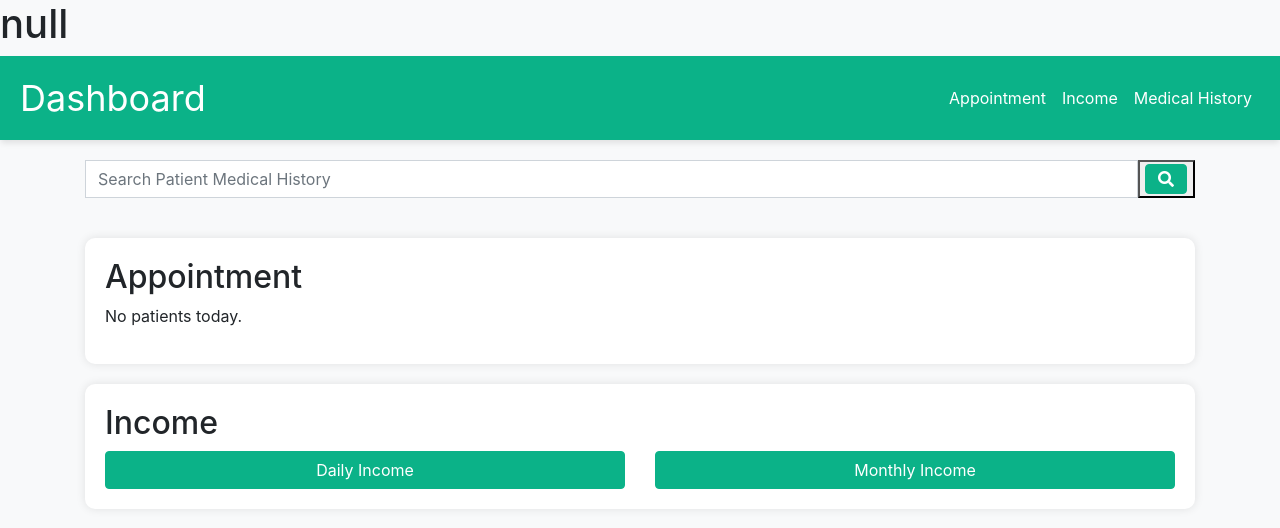
Repository: theonlymono/FitfinityHealthcareWebsiteJ2EE
Page: http://localhost/Fitfinity/doctorDashboard.jsp
An editor plug-in stored every save of this project. The page is shown before and after the next save, followed by the edit.
The browser window is 1280 px wide. The pictures show the whole page.
Some web libraries are served in a nearby version. The page is served by Tomcat 9. Other server files are loaded and not shown. Queries for data that is not in the repository find no rows.

Above is the page before, as saved 2024-02-28 19:17:19.

### fitfinity/Fitfinity/WebContent/doctorDashboard.jsp
<%@page import="EditHistory.HistoryDAO"%>
<%@page import="ViewPatientList.PListServlet"%>
<%@page import="ViewPatientList.PatientListDAO"%>
<%@ page language="java" contentType="text/html; charset=UTF-8" pageEncoding="UTF-8"%>
<%@ page import="ViewPatientList.PatientInfo" %>
<%@ page import="java.util.List" %>
<%@ page import="ViewHistory.*" %>
<!DOCTYPE html>
<html lang="en">
<head>
  <meta charset="UTF-8">
  <meta name="viewport" content="width=device-width, initial-scale=1.0">
  <title>Doctor's Dashboard</title>
  <link href="https://stackpath.bootstrapcdn.com/bootstrap/4.5.2/css/bootstrap.min.css" rel="stylesheet">
  <link rel="stylesheet" href="https://cdnjs.cloudflare.com/ajax/libs/font-awesome/5.15.4/css/all.min.css">
  <style>
    <%-- Custom CSS --%>
    body {
      background-color: #f8f9fa;
    }
    a{
    text-decoration: none;
    }
    .navbar {
      background-color: #0bb288;
      box-shadow: 0 4px 6px -1px rgba(0,0,0,0.1);
      padding: 10px 20px;
    }
    .navbar-brand {
      color: white !important;
      font-size: 2.25rem;
      margin-right: auto;
      padding-right: 33%;
    }
    .nav-link{
      color: white !important;
    }

    .navbar-toggler {
      position: absolute;
      top: 21px; /* Adjust top position as needed */
      right: 20px; /* Adjust right position as needed */
      z-index: 1000; /* Ensure it's above other elements */
    }

    .container {
      margin-top: 20px;
    }
    .dashboard-section {
      padding: 20px;
      margin-bottom: 20px;
      background-color: #fff;
      border-radius: 10px;
      box-shadow: 0 0 10px rgba(0,0,0,0.1);
    }
    .btn-primary {
      background-color: #0bb288 !important;
      border-color: #0bb288 !important;
      width: 100%;
    }
    .btn-primary:hover {
      background-color: #0f886a !important;
      border-color: #0f886a !important;
      text-decoration: none;
    }
    .btn-primary:active, .btn-primary:focus {
      background-color: #0f886a !important;
      border-color: #0f886a !important;
      box-shadow: none !important;
    }

    .btn-success {
      background-color: #0bb288;
      border-color: #0bb288;
      width: 100%;
    }
    .patient-container {
      max-height: 570px;
      overflow-y: auto;
    }
    .search-icon:hover {
      background-color: #0bb288 !important;
      border-color: #0bb288 !important;
      cursor: pointer;
    }
    .search-icon {
      transition: transform 0.3s ease;
    }
    .search-icon:hover {
      transform: scale(1.2);
    }
    .search-icon:active {
      transform: scale(0.9);
    }
    .form-control:focus {
      outline: none;
      box-shadow: 0 0 5px 0 #0bb288;
      border-color: #0bb288;
    }
    .back-to-top {
      position: fixed;
      bottom: 40px;
      right: 40px;
      display: none;
      width: 40px;
      height: 40px;
      background-color: #0bb288;
      color: #fff;
      border-radius: 50%;
      text-align: center;
      line-height: 40px;
      cursor: pointer;
      z-index: 9999;
    }

    @media (max-width: 767.98px) {
    /* Adjust position for smaller screens */
    .back-to-top {
    bottom: 120px; /* Adjust as needed */
    }
    }

    .back-to-top i {
      font-size: 20px;
    }

    .back-to-top:hover {
      background-color: #0f886a;
      color: #fff;
    }

    .patient-container .row {
	    margin-right: -15px;
	    margin-left: -15px;
	}

	.patient-container .col-md-4 {
	    padding-right: 15px;
	    padding-left: 15px;
	}

	table {
        width: 100%;
        margin-top: 20px;
        border-collapse: collapse;
        overflow: hidden;
        box-shadow: 0 0 10px rgba(0, 0, 0, 0.1);
    }

    th, td {
        padding: 12px;
        text-align: center;
        border-bottom: 1px solid #ddd; /* Add a subtle border between rows */
    }

    th {
        background-color: #0bb288;
        color: white;
    }

    tr:nth-child(even) {
        background-color: #f8f9fa; /* Use a light background color for even rows */
    }

    tr:hover {
        background-color: #e0f7fa; /* Highlight the row on hover */
    }

    .error-message {
            background-color: #ffcccc;
            color: #ff0000;
            padding: 10px;
            margin-top: 10px;
            border: 1px solid #ff0000;
            border-radius: 5px;
        }


  </style>
</head>
<body>
<% String userid = (String) request.getAttribute("userId"); %>
<h1><%=userid %></h1>
  <nav class="navbar navbar-expand-lg navbar-light">
    <a class="navbar-brand" href="#">Dashboard</a>
    <button class="navbar-toggler" type="button" data-toggle="collapse" data-target="#navbarNav" aria-controls="navbarNav" aria-expanded="false" aria-label="Toggle navigation">
      <span class="navbar-toggler-icon"></span>
    </button>
    <div class="collapse navbar-collapse" id="navbarNav">
      <ul class="navbar-nav ml-auto">
        <li class="nav-item">
          <a class="nav-link" href="#appointment">Appointment</a>
        </li>
        <li class="nav-item">
          <a class="nav-link" href="#income">Income</a>
        </li>
        <li class="nav-item">
          <a class="nav-link" href="#medical-history">Medical History</a>
        </li>
      </ul>
    </div>
  </nav>

  <div class="container">
  <form action="${pageContext.request.contextPath}/ViewHistoryServlet" method="post">
  	<div class="row">
      <%-- 3rd Row: View and Edit Patients' Medical History --%>
      <div class="col-md-12" id="medical-history">

          <div class="row">
            <div class="col-md-12">
              <div class="input-group mb-3">
              	<input type="hidden" name="userid" value="<%= userid %>">
                <input type="text" class="form-control" name="id" placeholder="Search Patient Medical History">
                <button type="submit">
	                <div class="input-group-append">

	                  <span class="input-group-text" style="background-color: #0bb288; border-color: #0bb288;">
	                    <i class="fas fa-search search-icon" style="color: white;"></i>
	                  </span>
	                </div>
                </button>
              </div>
            </div>
          </div>
      </div>
    </div>
    </form>

    <% ViewDAO daoo = new ViewDAO();
        String pid = (String) request.getAttribute("pid");
    	List<History> historyList = daoo.viewHistory(pid);

    	if (pid!=null && !pid.isEmpty()) {
          	if (historyList != null && !historyList.isEmpty()) { %>
            <table>
            <tr>
                <th>Patient Name</th>
                <th>Doctor Name</th>
                <th>Date</th>
                <th>Allergies</th>
                <th>Surgical Procedures</th>
                <th>Past History</th>
                <th>Family History</th>
                <th>Medicine</th>
            </tr>

            <% for (History h : historyList) { %>
                <tr>
                    <td><%= h.getPatientName() %></td>
                    <td><%= h.getDoctorName() %></td>
                    <td><%= h.getDate() %></td>
                    <td><%= h.getAllergies() %></td>
                    <td><%= h.getSurgical() %></td>
                    <% String past = h.getPast();
                    	if(past.equals("None")){ %>
                    		<td><%= h.getCurrent() %></td>
                    	<% } else { %>
                    		<td><%= h.getPast() %>, <%=h.getCurrent() %></td>
                    	<% } %>
                    <td><%= h.getFamily() %></td>
                    <td><%= h.getMedicine() %></td>
                </tr>
            <% } %>
        </table>
        <% } else { %>
            <div class="error-message">
                No medical history available for this patient.
            </div>
        <% } %>
    <% } %>

    <br>


    <div class="row">
      <div class="col-md-12" id="appointment">
            <div class="dashboard-section">
            <h2>Appointment</h2>
            <!-- Add your content here for viewing appointments -->
            <div class="patient-container">
			<%
			   PatientListDAO dao = new PatientListDAO();
			   List<PatientInfo> list = dao.getPatientList(userid);

			   if (list != null && !list.isEmpty()) {
			       int count = 0; // Counter to keep track of patients
			       for (PatientInfo l : list) {
			           if (count % 3 == 0) {
			%>
			               <div class="row">
			<%
			           }
			%>
			               <div class="col-md-4">
			                   <div class="card">
			                       <div class="card-body">
			                           <h5 class="card-title">Patient Profile</h5>
			                           <p class="card-text">ID: <%= l.getPatientID() %></p>
			                           <p class="card-text">Name: <%= l.getPatientName() %></p>
			                           <p class="card-text">Age: <%= l.getAge() %></p>
			                           <p class="card-text">Gender: <%= l.getGender() %></p>


			                           <% String patientID = l.getPatientID();
			                           	  HistoryDAO hdao = new HistoryDAO();

			                           	  boolean isCompleted = hdao.checkCompleted(patientID);

			                           %>

										<a href="<%= isCompleted ? "#" : "./EditHistory_(Doctor)/AddHistory.jsp?userid=" + userid %>&patientID=<%= patientID %>">
										   <button type="button" class="btn btn-primary" <%= isCompleted ? "disabled" : "" %>>
										      <%= isCompleted ? "Completed" : "Edit Medical History" %>
										   </button>
										</a>



			                       </div>
			                   </div>
			               </div>
			<%
			           count++;
			           if (count % 3 == 0 || count == list.size()) {
			%>
			               </div>
			<%
			           }
			       }
			   } else {
			%>
			       <p>No patients today.</p>
			<%
			   }
			%>
			</div>

      </div>
    </div>
  	</div>

    <div class="row">
      <%-- 2nd Row: View Salary --%>
      <div class="col-md-12" id="income">
        <div class="dashboard-section">
          <h2>Income</h2>
          <div class="row">
            <div class="col-md-6">
             <a href="./dailySalary.jsp?userid=<%= userid %>">
              <button type="button" class="btn btn-primary btn-block btn-income">Daily Income</button>
             </a>
            </div>
            <div class="col-md-6">
            <a href="./monthlySalary.jsp?userid=<%= userid %>&hash">
              <button type="button" class="btn btn-primary btn-block btn-income">Monthly Income</button>
              </a>
            </div>
          </div>
        </div>
      </div>
    </div>

  </div>
  <a href="#" class="back-to-top" id="backToTop"><i class="fas fa-arrow-up"></i></a>
  <script src="https://code.jquery.com/jquery-3.5.1.slim.min.js"></script>
  <script src="https://cdn.jsdelivr.net/npm/@popperjs/core@2.5.4/dist/umd/popper.min.js"></script>
  <script src="https://stackpath.bootstrapcdn.com/bootstrap/4.5.2/js/bootstrap.min.js"></script>
  <script>
    // Smooth scrolling
    document.querySelectorAll('a[href^="#"]').forEach(anchor => {
      anchor.addEventListener('click', function (e) {
        e.preventDefault();
        document.querySelector(this.getAttribute('href')).scrollIntoView({
          behavior: 'smooth'
        });
      });
    });

    // Show back to top button when scrolling down
    window.addEventListener('scroll', function() {
      var backToTopButton = document.getElementById('backToTop');
      if (window.pageYOffset > 100) {
        backToTopButton.style.display = 'block';
      } else {
        backToTopButton.style.display = 'none';
      }
    });

    // Scroll to top when back to top button is clicked
    document.getElementById('backToTop').addEventListener('click', function(e) {
      e.preventDefault();
      window.scrollTo({
        top: 0,
        behavior: 'smooth'
      });
    });
  </script>
</body>
</html>

### fitfinity/Fitfinity/src/main/java/ViewHistory/ViewDAO.java
package ViewHistory;

import java.sql.Connection;
import java.sql.DriverManager;
import java.sql.PreparedStatement;
import java.sql.ResultSet;
import java.util.ArrayList;
import java.util.List;

public class ViewDAO {


	public List<History> viewHistory(String pID){

		List<History> list = new ArrayList<History>();

		try {
			Class.forName("com.mysql.cj.jdbc.Driver");

			Connection c = DriverManager.getConnection("jdbc:mysql://localhost:3306/fitfinity","root", "");
			String query = "SELECT p.patientName, d.doctorName, h.dateOfVisit, h.allergies, h.surgicalProcedures, h.pastMedHistory, h.currentMedHistory, h.familyHistory, h.medication FROM history h LEFT JOIN patients p ON p.patientID = h.patientID LEFT JOIN doctors d ON d.doctorID = h.doctorID WHERE h.patientID = ?";
			PreparedStatement p = c.prepareStatement(query);
			p.setString(1, pID);

			ResultSet r = p.executeQuery();

			while(r.next()) {
				list.add(new History(r.getString("patientName"), r.getString("doctorName"), r.getString("dateOfVisit"), r.getString("allergies"), r.getString("surgicalProcedures"), r.getString("pastMedHistory"), r.getString("currentMedHistory"), r.getString("familyHistory"), r.getString("medication")));
			}
		}
		catch(Exception e) {
            e.printStackTrace();
        }

		return list;
	}

	public List<History> viewMyHistory(String pid){
		List<History> myList = new ArrayList<History>();

		try {
			Class.forName("com.mysql.cj.jdbc.Driver");

			Connection c = DriverManager.getConnection("jdbc:mysql://localhost:3306/fitfinity","root", "");
			String query = "SELECT h.dateOfVisit, d.doctorName, h.allergies, h.surgicalProcedures, h.pastMedHistory, h.currentMedHistory, h.familyHistory, h.medication FROM history h LEFT JOIN patients p ON p.patientID = h.patientID LEFT JOIN doctors d ON d.doctorID = h.doctorID WHERE h.patientID = ?";
			PreparedStatement p = c.prepareStatement(query);
			p.setString(1, pid);

			ResultSet r = p.executeQuery();

			while(r.next()) {
				myList.add(new History(r.getString("dateOfVisit"), r.getString("doctorName"), r.getString("allergies"), r.getString("surgicalProcedures"), r.getString("pastMedHistory"), r.getString("currentMedHistory"), r.getString("familyHistory"), r.getString("medication")));
			}
		} catch (Exception e) {
			e.getStackTrace();
		}

		return myList;
	}
}

### fitfinity/Fitfinity/src/main/java/ViewPatientList/PatientListDAO.java
package ViewPatientList;

import java.sql.Connection;
import java.sql.DriverManager;
import java.sql.PreparedStatement;
import java.sql.ResultSet;
import java.sql.Statement;
import java.util.ArrayList;
import java.util.List;

public class PatientListDAO {

	public List<PatientInfo> getPatientList(String userid)
	{
		List<PatientInfo> list = new ArrayList<PatientInfo>();

		try {
			Class.forName("com.mysql.cj.jdbc.Driver");

			Connection c = DriverManager.getConnection("jdbc:mysql://localhost:3306/fitfinity","root", "");

			String query = "SELECT a.patientID, p.patientName, p.gender, FLOOR(DATEDIFF(CURDATE(), p.patientDOB) / 365) AS age FROM appointments a LEFT JOIN patients p ON a.patientid = p.patientid WHERE a.doctorID = ? AND a.appointmentData = CURDATE()";
			PreparedStatement p = c.prepareStatement(query);

			p.setString(1, userid);
			ResultSet r = p.executeQuery();

			while(r.next()) {
				list.add(new PatientInfo(r.getString("patientID"), r.getString("patientName"), r.getString("gender"), r.getInt("age")));
			}
		}
		catch (Exception e) {
			e.getStackTrace();
		}


		return list;
	}
}

After the next save:
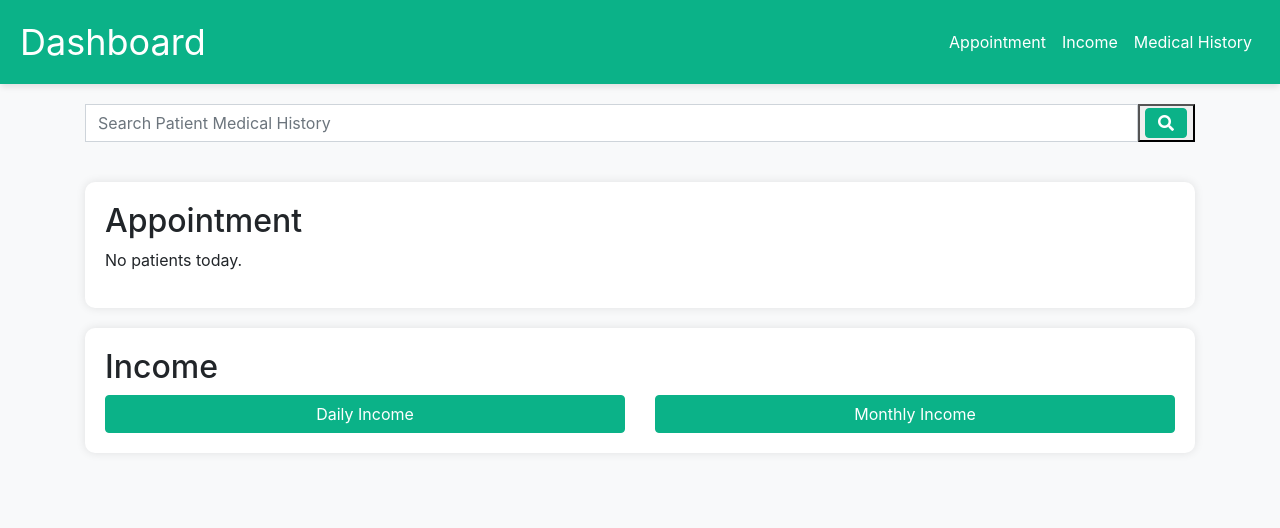
Saved 70 s later.
--- a/fitfinity/Fitfinity/WebContent/doctorDashboard.jsp
+++ b/fitfinity/Fitfinity/WebContent/doctorDashboard.jsp
@@ -180,7 +180,6 @@
 </head>
 <body>
 <% String userid = (String) request.getAttribute("userId"); %>
-<h1><%=userid %></h1>
   <nav class="navbar navbar-expand-lg navbar-light">
     <a class="navbar-brand" href="#">Dashboard</a>
     <button class="navbar-toggler" type="button" data-toggle="collapse" data-target="#navbarNav" aria-controls="navbarNav" aria-expanded="false" aria-label="Toggle navigation">
